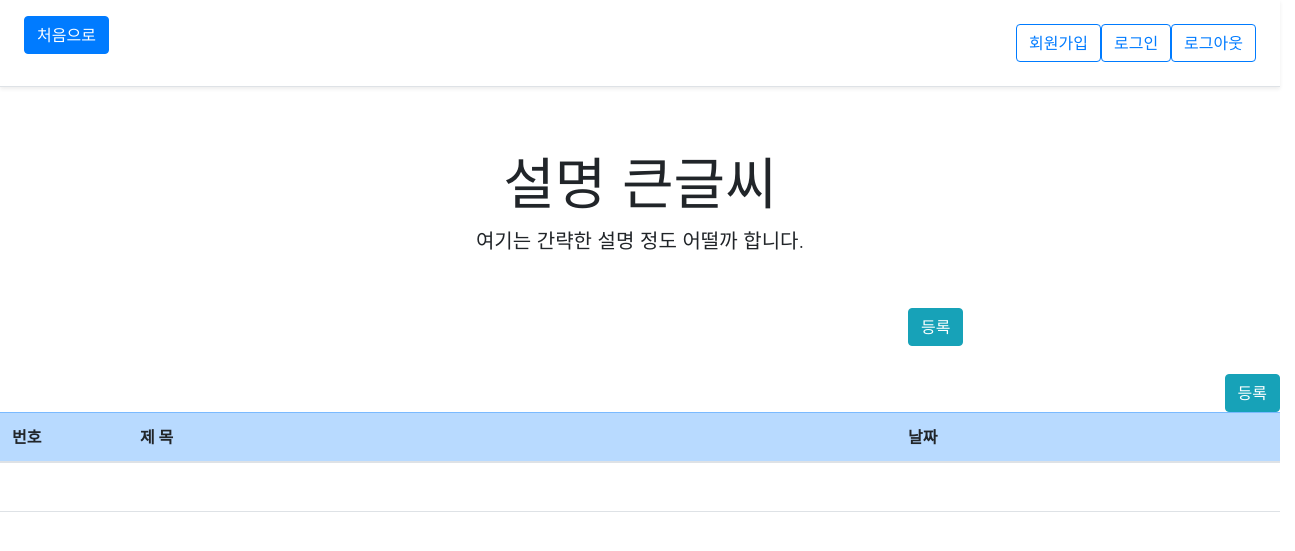
Repository: SettingRhino/innogleantmanager
Page: http://localhost/antmanager/WEB-INF/views/diary.jsp
These files come from the project's save history. The page is drawn as it stood at one moment and after the next save; the edit follows.
The browser window is 1280 px wide. The page is 1295 px wide, so the pictures cover 1295 px, including what lies to the right of the window. The pictures show the whole page.
The page is served by Tomcat 9. Nobody is signed in. Other server files are loaded and not shown. The template is opened directly, without the code that normally fills it, so the values that code supplies are empty.

Above is the page before, as saved 2020-06-09 02:33:08.

### antmanager/src/main/webapp/WEB-INF/views/diary.jsp
<%@ page language="java" contentType="text/html; charset=UTF-8"
	pageEncoding="UTF-8"%>
<%@ taglib uri="http://java.sun.com/jsp/jstl/core" prefix="c"%>

<!doctype html>
<html>
<head>
<meta charset="utf-8">
<meta name="viewport"
	content="width=device-width, initial-scale=1, shrink-to-fit=no">
<meta name="description" content="">
<meta name="author"
	content="Mark Otto, Jacob Thornton, and Bootstrap contributors">
<meta name="generator" content="Jekyll v4.0.1">
<title>Pricing example · Bootstrap</title>

<link rel="canonical"
	href="https://getbootstrap.com/docs/4.5/examples/pricing/">

<link rel="stylesheet"
	href="https://stackpath.bootstrapcdn.com/bootstrap/4.4.1/css/bootstrap.min.css"
	integrity="sha384-Vkoo8x4CGsO3+Hhxv8T/Q5PaXtkKtu6ug5TOeNV6gBiFeWPGFN9MuhOf23Q9Ifjh"
	crossorigin="anonymous">

<style>
.bd-placeholder-img {
	font-size: 1.125rem;
	text-anchor: middle;
	-webkit-user-select: none;
	-moz-user-select: none;
	-ms-user-select: none;
	user-select: none;
}

@media ( min-width : 768px) {
	.bd-placeholder-img-lg {
		font-size: 3.5rem;
	}
}
</style>
<!-- Custom styles for this template -->

<link href="<c:url value="/resources/css/pricing.css"/>"
	rel="stylesheet">
</head>
<body>
	<div
		class="d-flex flex-column flex-md-row align-items-center p-3 px-md-4 mb-3 bg-white border-bottom shadow-sm">
		<h5 class="my-0 mr-md-auto font-weight-normal">
			<p align="center">
				<a href="<c:url value="/"/>" class="btn btn-primary" role="button">처음으로</a>
			</p>
		</h5>
		<nav class="my-2 my-md-0 mr-md-3"></nav>

		<a class="btn btn-outline-primary"href="<c:url value="/user/signup"/>">회원가입</a>
		<a class="btn btn-outline-primary" href="<c:url value="/login"/>">로그인</a>
		<a class="btn btn-outline-primary" href="<c:url value="/logout"/>">로그아웃</a>
	</div>

	<div
		class="pricing-header px-3 py-3 pt-md-5 pb-md-4 mx-auto text-center">
		<h1 class="display-4">설명 큰글씨</h1>
		<p class="lead">여기는 간략한 설명 정도 어떨까 합니다.</p>
	</div>
	<table class="table table-borderless">
    <thead>
      <tr>
				<th style="width: 10%"></th>
				<th style="width: 60%"></th>
				<th style="width: 20%"><a href="<c:url value="/diary/edit"/>" class="btn btn-info" role="button">등록</a></th>
				<th style="width: 10%"></th>
			</tr>
    </thead>
    </table>
	<div class="row">
		<div class="col-lg-4"></div>
		<div class="col-lg-4"></div>
		<div class="col-lg-4" align="right">
			<a href="<c:url value="/diary/edit"/>" class="btn btn-info" role="button">등록</a>
		</div>
	</div>
	<table class="table">
		<thead>
			<tr class="table-primary">
				<th style="width: 10%">번호</th>
				<th style="width: 60%">제 목</th>
				<th style="width: 20%">날짜</th>
				<th style="width: 10%"></th>
			</tr>
		</thead>

		<tbody>
			<c:forEach var="diary" items="${diarys}">
				<tr>
					<td>${diary.id}</td>
					<td><a
						href="<c:url value="/diary/viewItem?user=${diary.user}&id=${diary.id}"/>">${diary.title}</a></td>
					<td>${diary.date}</td>
					<td><a href="<c:url value="/diary/delete?id=${diary.id}"/>"
						class="btn btn-info" role="button">삭제</a></td>
				</tr>
			</c:forEach>
		</tbody>
	</table>
	<footer class="pt-4 my-md-5 pt-md-5 border-top"> </footer>

</body>
</html>

### antmanager/src/main/webapp/resources/css/pricing.css
@charset "UTF-8";
html {
  font-size: 14px;
}
@media (min-width: 768px) {
  html {
    font-size: 16px;
  }
}

.container {
  max-width: 960px;
}

.pricing-header {
  max-width: 700px;
}

.card-deck .card {
  min-width: 220px;
}

After the next save:
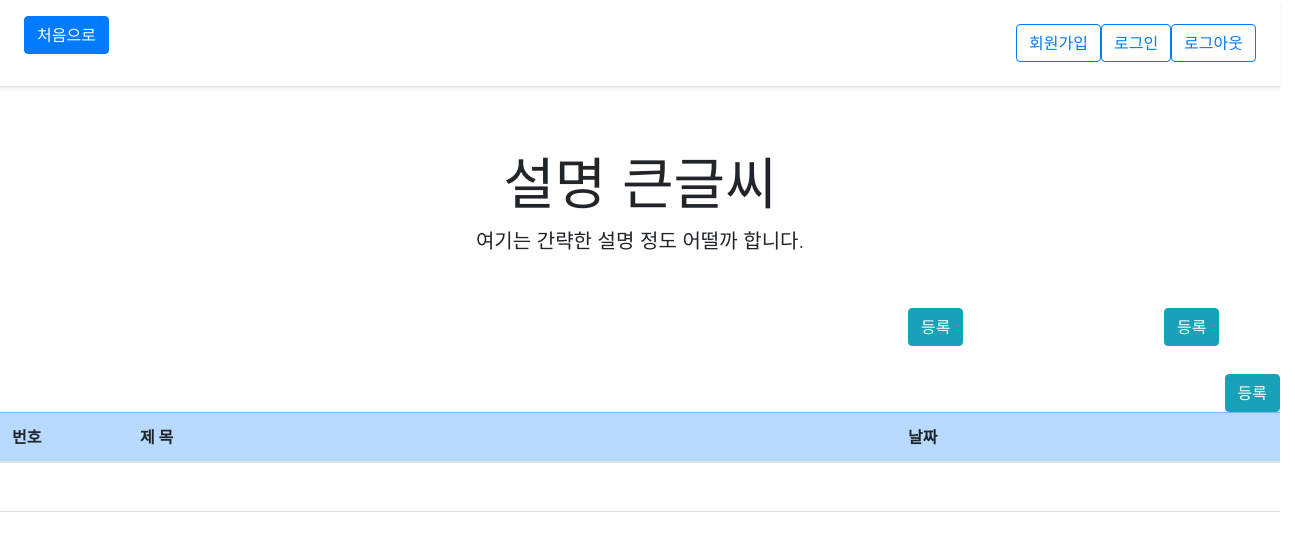
Saved 11 s later.
--- a/antmanager/src/main/webapp/WEB-INF/views/diary.jsp
+++ b/antmanager/src/main/webapp/WEB-INF/views/diary.jsp
@@ -69,7 +69,7 @@
 				<th style="width: 10%"></th>
 				<th style="width: 60%"></th>
 				<th style="width: 20%"><a href="<c:url value="/diary/edit"/>" class="btn btn-info" role="button">등록</a></th>
-				<th style="width: 10%"></th>
+				<th style="width: 10%"><a href="<c:url value="/diary/edit"/>" class="btn btn-info" role="button">등록</a></th>
 			</tr>
     </thead>
     </table>
